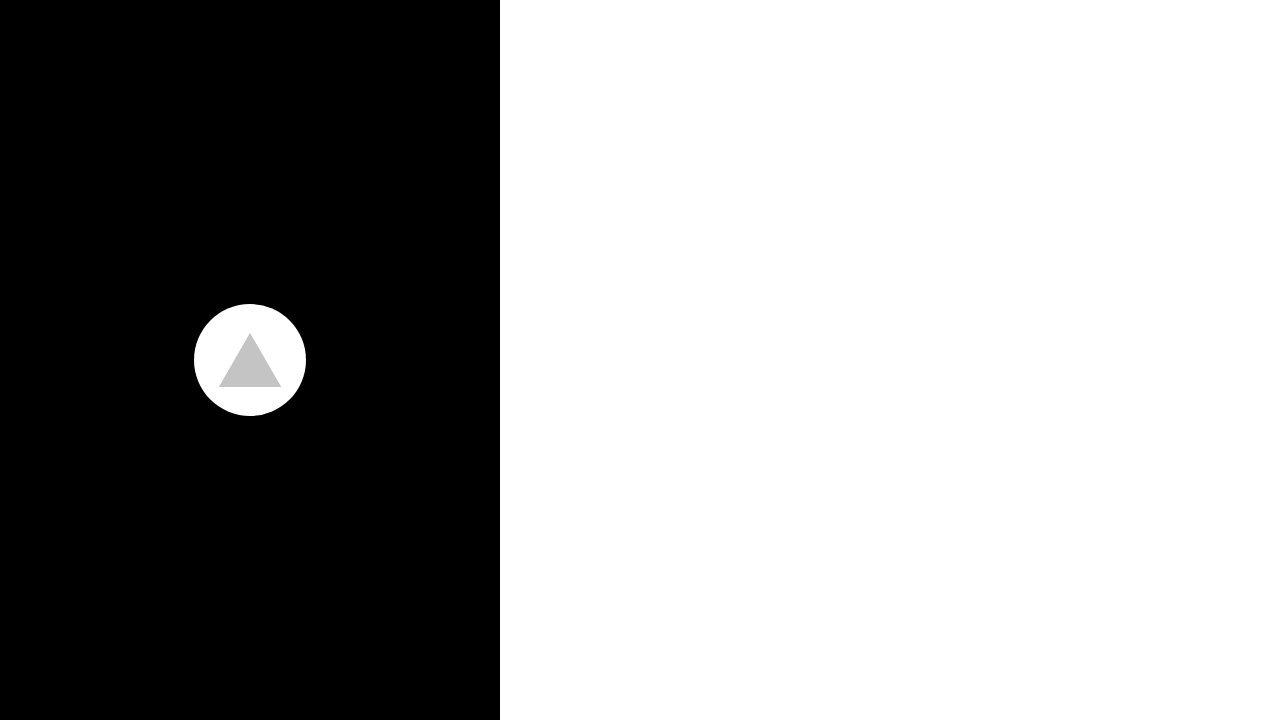
Repository: dnguyen130/HelpAHomieV3
Page: index.html
These files come from the project's save history. The page is drawn as it stood at one moment and after a run of saves; the edit follows.
The browser window is 1280 px wide. The pictures show the whole page.

Above is the page before, as saved 2021-03-11 00:10:12.

After the next 2 saves:
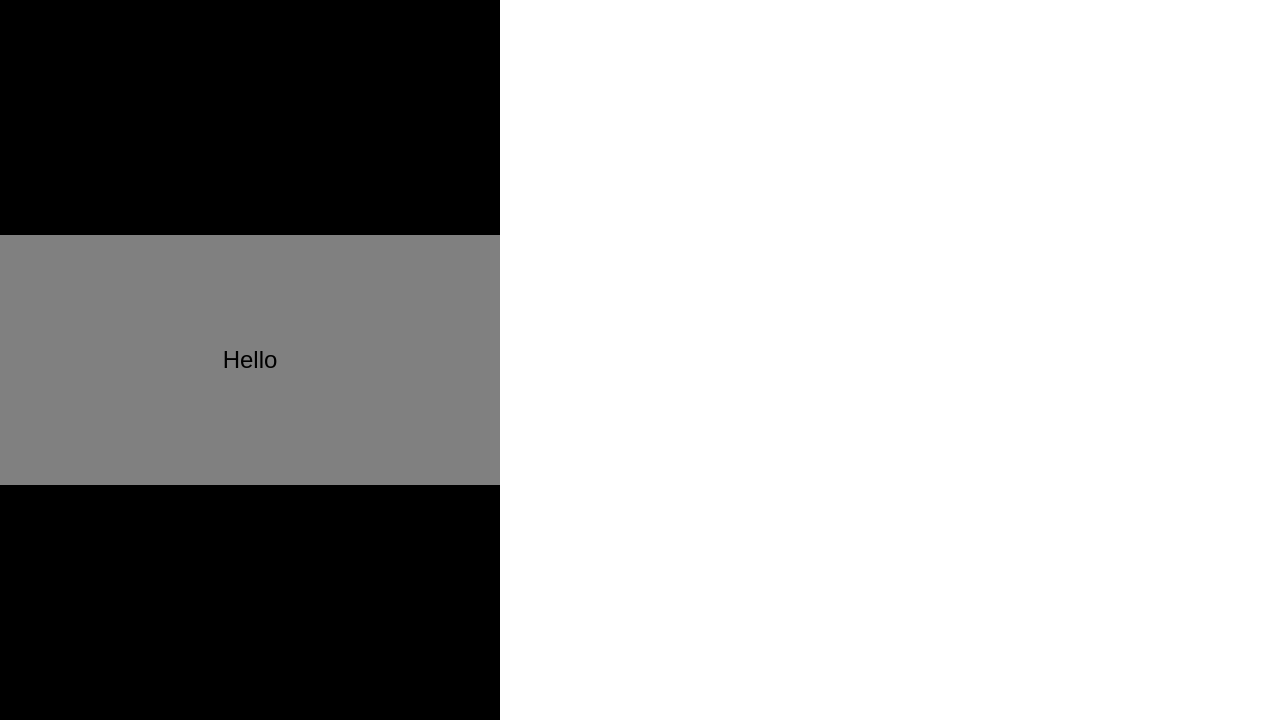
The 2 saves are shown as one change because they came seconds apart.
The last was saved 12 s later.
--- a/workflow.js
+++ b/workflow.js
@@ -1,5 +1,5 @@
 //home page
-document.querySelector(".home").innerHTML += TriangleButtonUI("door-screen1");
+document.querySelector(".home").innerHTML += TitleDescUI();
 
 // door page
 document.querySelector("#door-screen1").innerHTML += TriangleButtonUI("door-screen1");
